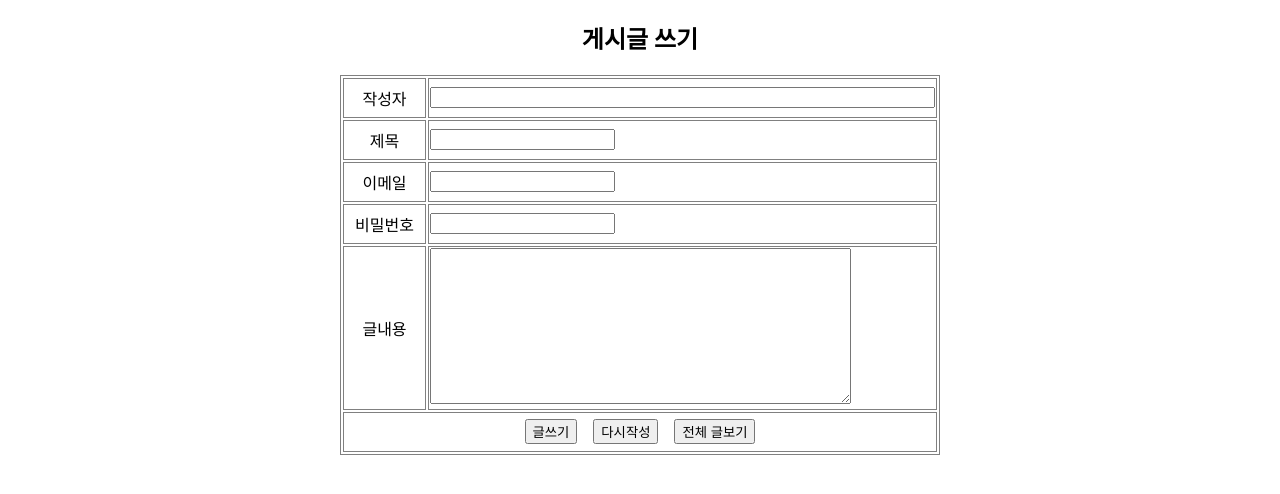
Repository: kdw1437/CreateBoardProject
Page: http://localhost/Board/BoardWriteForm.jsp
An editor plug-in stored every save of this project. The page is shown before and after the next save, followed by the edit.
The browser window is 1280 px wide. The pictures show the whole page.
The page is served by Tomcat 9.

Above is the page before, as saved 2024-08-07 05:55:24.

After the next save:
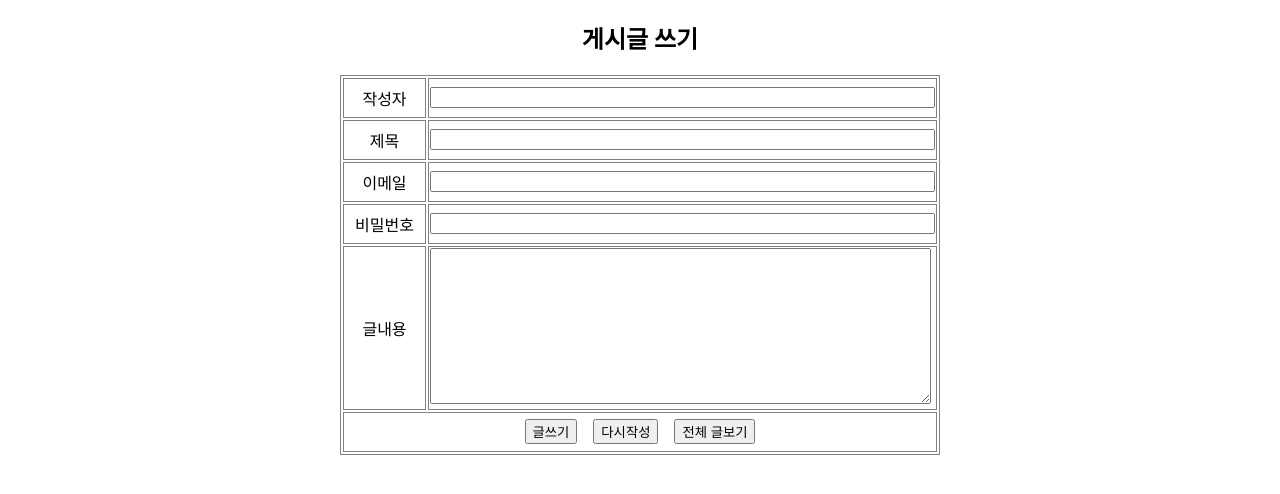
Saved 29 s later.
--- a/Board/src/main/webapp/BoardWriteForm.jsp
+++ b/Board/src/main/webapp/BoardWriteForm.jsp
@@ -15,19 +15,19 @@
 	</tr>
 	<tr height="40">
 		<td align="center" width="150"> 제목 </td>
-		<td width="450"> <input type="text" name="subject"></td>
+		<td width="450"> <input type="text" name="subject" size="60"></td>
 	</tr>
 	<tr height="40">
 		<td align="center" width="150"> 이메일 </td>
-		<td width="450"> <input type="email" name="email"></td>
+		<td width="450"> <input type="email" name="email" size="60"></td>
 	</tr>
 	<tr height="40">
 		<td align="center" width="150"> 비밀번호 </td>
-		<td width="450"> <input type="password" name="password"></td>
+		<td width="450"> <input type="password" name="password" size="60"></td>
 	</tr>
 	<tr height="40">
 		<td align="center" width="150"> 글내용 </td>
-		<td width="450"> <textarea rows="10" cols="50" name="content"></textarea></td>
+		<td width="450"> <textarea rows="10" cols="60" name="content"></textarea></td>
 	</tr>
 	<tr height="40">
 		<td align="center" colspan="2">
